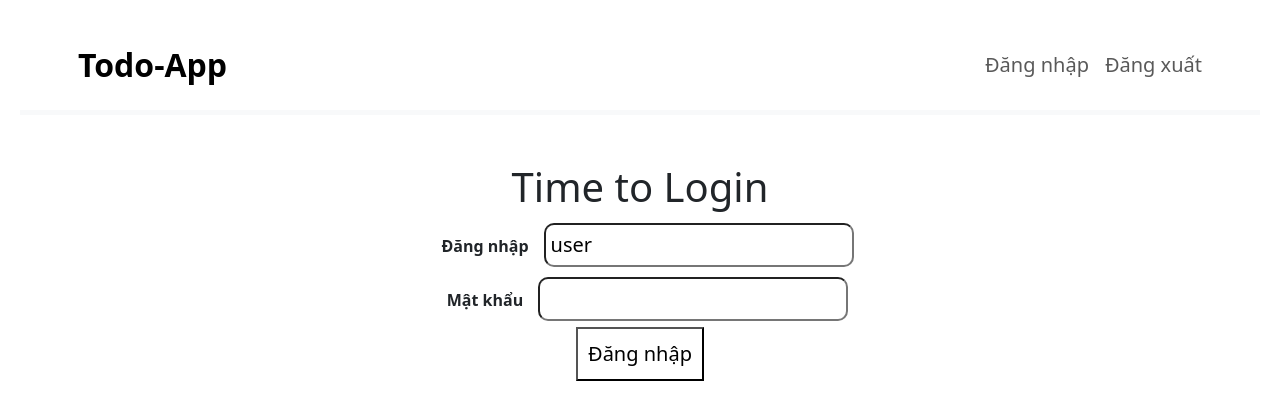
Repository: Nqvinh7603/ToDo-Management-App
Page: /login
The author's editor kept a copy of each file at every save. The page is drawn from the files as they stood at one save, then again after the next save.
The browser window is 1280 px wide. The pictures show the whole page.
The project was rebuilt for these pictures with package versions that can differ from the ones it lists, and the page was loaded fresh each time. Also part of the build but not shown: vite.config.js, src/todo/component/LogoutComponent.jsx, src/todo/component/FooterComponent.jsx, src/todo/component/ListTodosComponent.jsx, src/todo/component/ErrorComponent.jsx, src/todo/component/WelcomeComponent.jsx.

Above is the page before, as saved 2024-01-13 12:47:39.

After the next save:
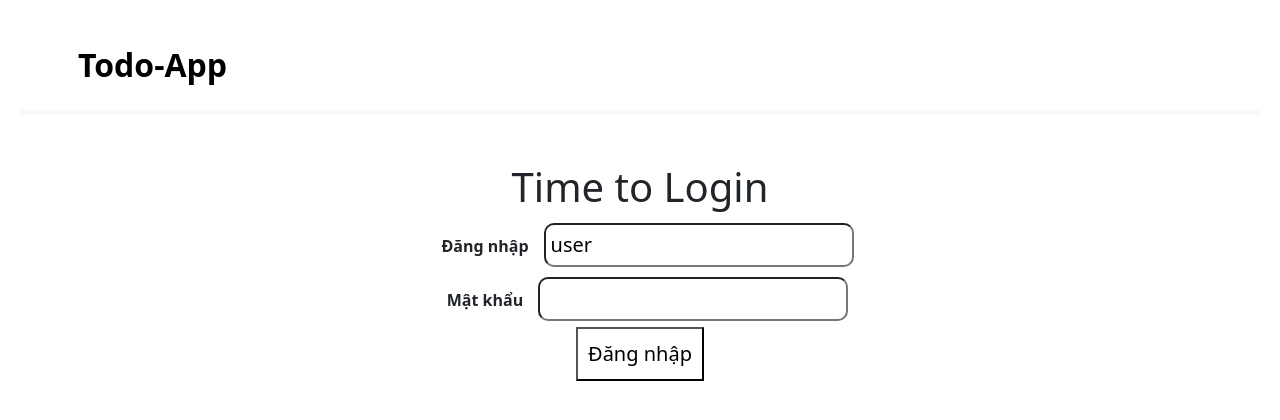
Saved 103 s later.
--- a/src/todo/component/HeaderComponent.jsx
+++ b/src/todo/component/HeaderComponent.jsx
@@ -30,8 +30,8 @@
                 </li>
                 <li className="nav-item fs-5">
                   {isAuthenticated && (
-                    <Link className="nav-link" to="/welcome/user">
-                      Trang chủ
+                    <Link className="nav-link" to="/todos">
+                      Việc cần làm
                     </Link>
                   )}
                 </li>
@@ -39,14 +39,10 @@
             </div>
             <ul className="navbar-nav">
               <li className="nav-item fs-5">
-                <Link className="nav-link" to="/login">
-                  Đăng nhập
-                </Link>
+              {isAuthenticated && <Link className="nav-link" to="/login">Đăng nhập</Link> }
               </li>
               <li className="nav-item fs-5">
-                <Link className="nav-link" to="/logout">
-                  Đăng xuất
-                </Link>
+              {isAuthenticated && <Link className="nav-link" to="/logout">Đăng xuất</Link> }
               </li>
             </ul>
           </nav>
